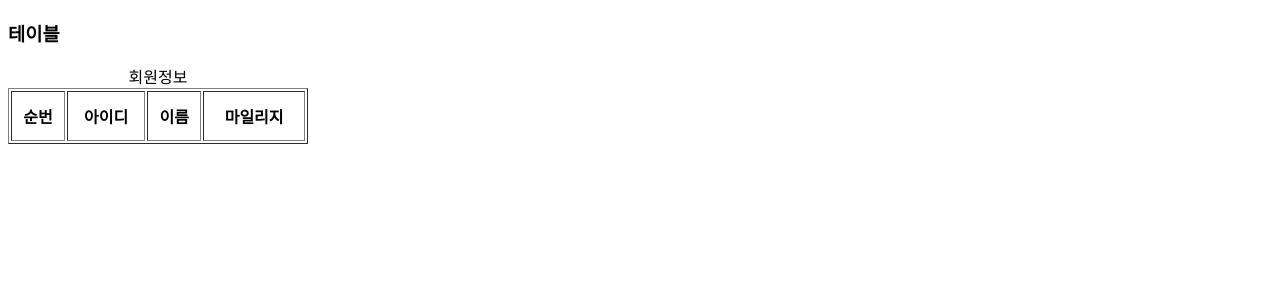
Repository: helloJunejun/WorkSpace_WebUi
Page: 0.2html_form_table/src/main/webapp/sample_table.html
An editor plug-in stored every save of this project. The page is shown before and after the next save, followed by the edit.
The browser window is 1280 px wide. The pictures show the whole page.

Above is the page before, as saved 2021-06-24 01:18:09.

### 0.2html_form_table/src/main/webapp/sample_table.html
<!DOCTYPE html PUBLIC "-//W3C//DTD HTML 4.01 Transitional//EN" "http://www.w3.org/TR/html4/loose.dtd">
<html>
<head>
<meta http-equiv="Content-Type" content="text/html; charset=UTF-8">
<title>테이블 예제</title>
</head>
<body>
<h3>테이블</h3>
<table border="1" width="300px">
	<caption>회원정보</caption>
	<tr height="50px">
		<th>순번</th>
		<th>아이디</th>
		<th>이름</th>
		<th>마일리지</th>
	</tr>
</table>
</body>
</html>

After the next save:
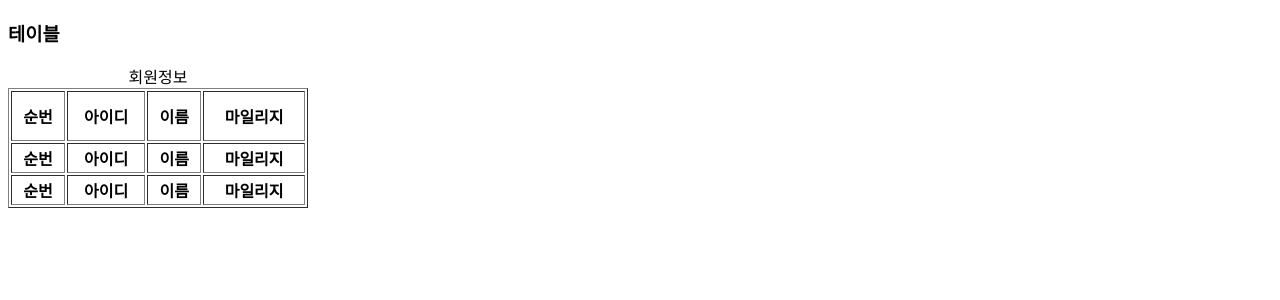
Saved 34 s later.
--- a/0.2html_form_table/src/main/webapp/sample_table.html
+++ b/0.2html_form_table/src/main/webapp/sample_table.html
@@ -14,6 +14,20 @@
 		<th>이름</th>
 		<th>마일리지</th>
 	</tr>
+
+	<tr height="30px">
+		<th>순번</th>
+		<th>아이디</th>
+		<th>이름</th>
+		<th>마일리지</th>
+	</tr>
+
+	<tr height="30px">
+		<th>순번</th>
+		<th>아이디</th>
+		<th>이름</th>
+		<th>마일리지</th>
+	</tr>
 </table>
 </body>
 </html>
